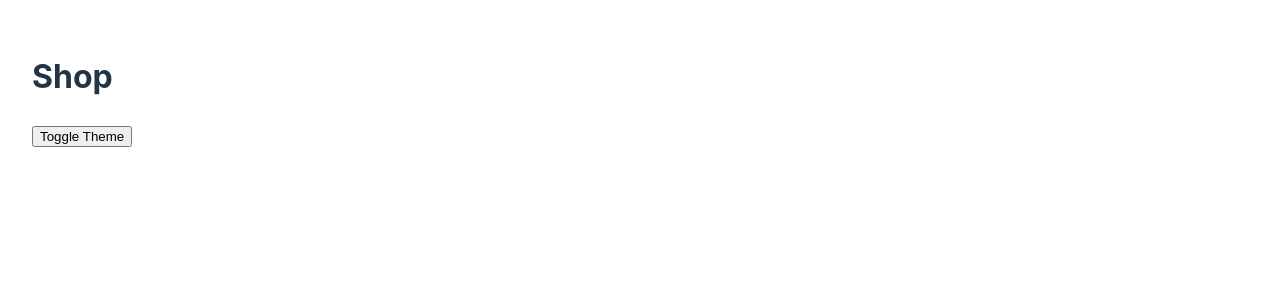
Repository: mohamed-omar-mubark/shopping-cart-vue
Page: /
An editor plug-in stored every save of this project. The page is shown before and after the next save, followed by the edit.
The browser window is 1280 px wide. The pictures show the whole page.
The project was rebuilt for these pictures with package versions that can differ from the ones it lists, and the page was loaded fresh each time. Also part of the build but not shown: vite.config.js.

Above is the page before, as saved 2025-01-25 10:43:14.

### index.html
<!DOCTYPE html>
<html lang="en">
  <head>
    <meta charset="UTF-8" />
    <link rel="icon" type="image/svg+xml" href="/vite.svg" />
    <meta name="viewport" content="width=device-width, initial-scale=1.0" />
    <title>e-commerce</title>
  </head>
  <body>
    <div id="app"></div>
    <script type="module" src="/src/main.js"></script>
  </body>
</html>

### src/style.css
:root {
  font-family: Inter, system-ui, Avenir, Helvetica, Arial, sans-serif;
  line-height: 1.5;
  font-weight: 400;

  font-synthesis: none;
  text-rendering: optimizeLegibility;
  -webkit-font-smoothing: antialiased;
  -moz-osx-font-smoothing: grayscale;
}

#app {
  min-height: 100vh;
}

body {
  padding: 0;
  margin: 0;
}

.container {
  max-width: 1280px;
  margin: 0 auto;
  padding: 2rem;
}

/* Light theme */
.light-theme {
  color: #213547;
  background-color: #ffffff;
}

/* Dark theme */
.dark-theme {
  color: rgba(255, 255, 255, 0.87);
  background-color: #242424;
}

### src/App.vue
<template>
  <div :class="theme" class="h-screen">
    <div class="container">
      <Header />
    </div>
  </div>
</template>

<script setup>
  import Header from "./components/Header.vue";
  import { ref } from "vue";

  const theme = ref("light-theme");

  const toggleTheme = () => {
    theme.value = theme.value === "light-theme" ? "dark-theme" : "light-theme";
  };
</script>

### src/components/Header.vue
<template>
  <div class="flex justify-between items-center p-4">
    <h1 class="text-2xl font-bold">Shop</h1>
    <button
      class="px-4 py-2 bg-blue-500 text-white rounded"
      @click="toggleTheme">
      Toggle Theme
    </button>
  </div>
</template>

<script setup></script>

Loaded but not shown: src/main.js (common file)

After the next save:
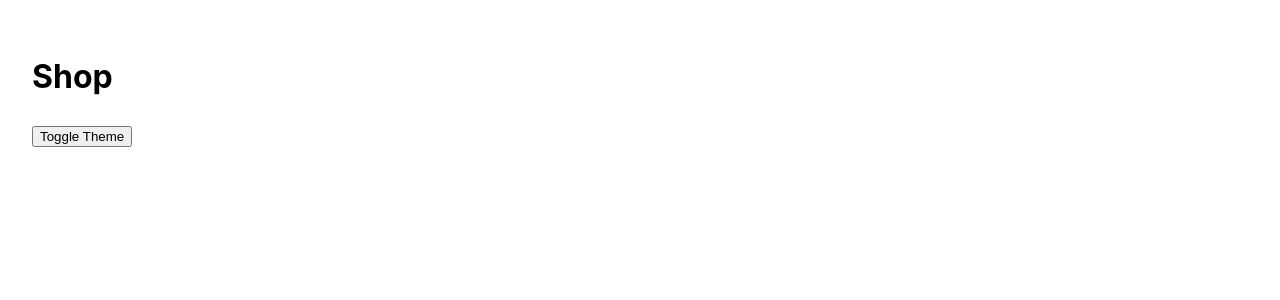
Saved 41 s later.
--- a/src/App.vue
+++ b/src/App.vue
@@ -1,8 +1,6 @@
 <template>
-  <div :class="theme" class="h-screen">
-    <div class="container">
-      <Header />
-    </div>
+  <div class="container">
+    <Header />
   </div>
 </template>
 
